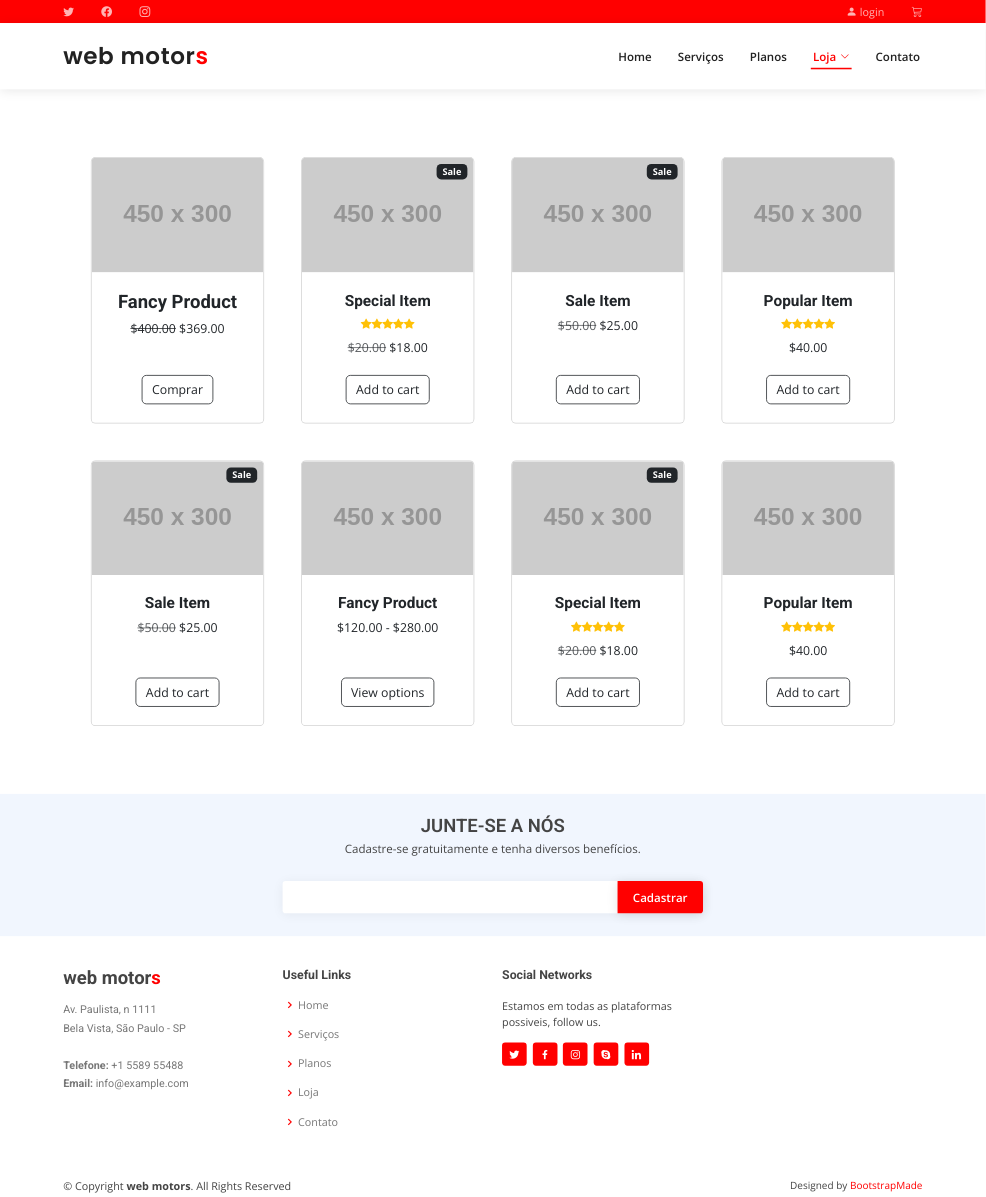
Repository: 01nethy/WebMotors
Page: produtos.html
These files come from the project's save history. The page is drawn as it stood at one moment and after the next save; the edit follows.
The browser window is 1280 px wide. The pictures show the whole page, at 77% of full size.

Above is the page before, as saved 2023-12-08 14:54:21.

After the next save:
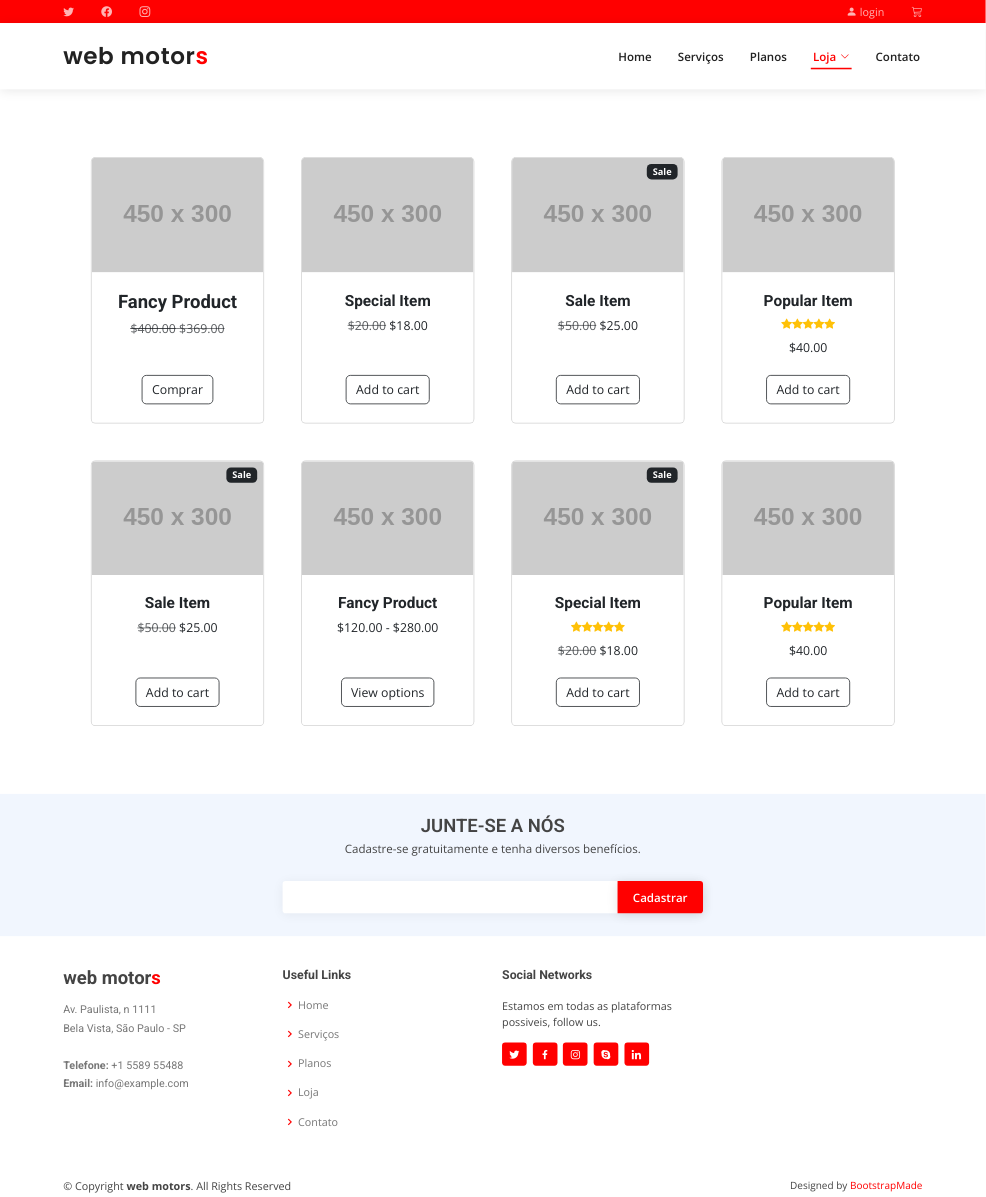
Saved 2 min 19 s later.
--- a/produtos.html
+++ b/produtos.html
@@ -100,7 +100,7 @@
               <div class="text-center">
                 <!-- Product name-->
                 <h4 class="fw-bolder">Fancy Product</h4>
-                <p class="item-price">
+                <p class="text-muted text-decoration-line-through">
                   <strike>$400.00</strike> <span>$369.00</span>
                 </p>
               </div>
@@ -113,24 +113,12 @@
           </div>
           <div class="col mb-5">
             <div class="card h-100">
-              <!-- Sale badge-->
-              <div class="badge bg-dark text-white position-absolute" style="top: 0.5rem; right: 0.5rem">Sale</div>
-              <!-- Product image-->
               <img class="card-img-top" src="https://dummyimage.com/450x300/dee2e6/6c757d.jpg" alt="..." />
               <!-- Product details-->
               <div class="card-body p-4">
                 <div class="text-center">
                   <!-- Product name-->
                   <h5 class="fw-bolder">Special Item</h5>
-                  <!-- Product reviews-->
-                  <div class="d-flex justify-content-center small text-warning mb-2">
-                    <div class="bi-star-fill"></div>
-                    <div class="bi-star-fill"></div>
-                    <div class="bi-star-fill"></div>
-                    <div class="bi-star-fill"></div>
-                    <div class="bi-star-fill"></div>
-                  </div>
-                  <!-- Product price-->
                   <span class="text-muted text-decoration-line-through">$20.00</span>
                   $18.00
                 </div>
